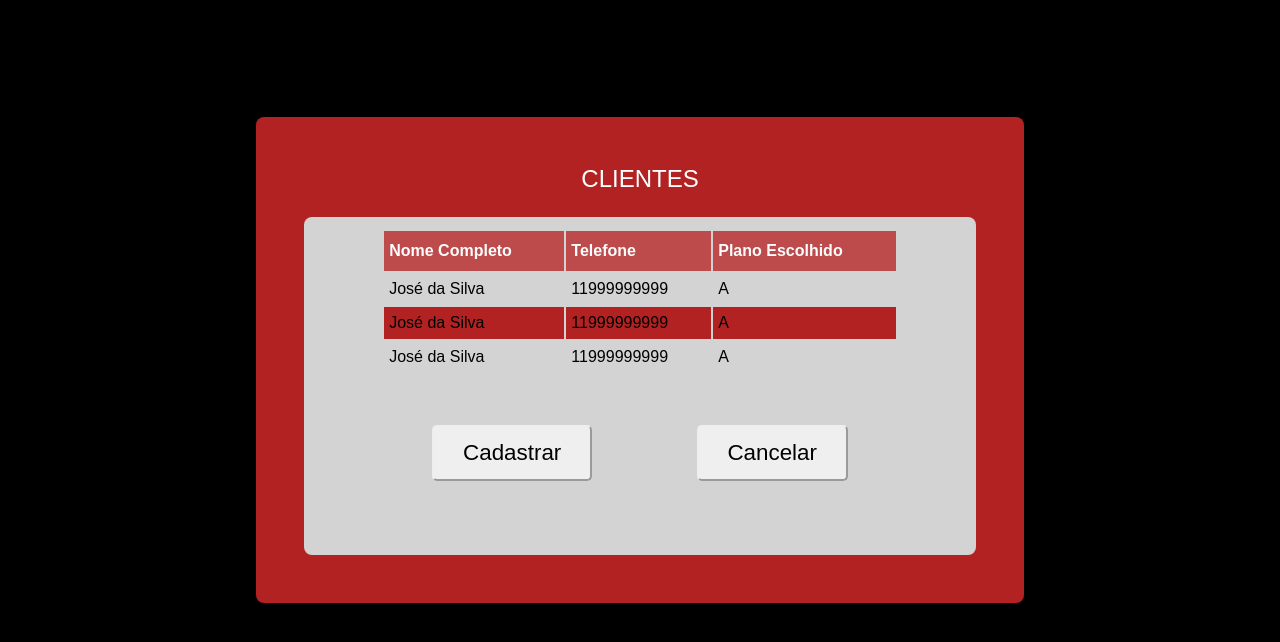
Repository: samantaProspero/projeto_integrador
Page: Versão Atual/PI_Vanila/clientes.html
The author's editor kept a copy of each file at every save. The page is drawn from the files as they stood at one save, then again after the next save.
The browser window is 1280 px wide. The pictures show the whole page.
The pointer rests on the first visible `.area-clientes tr`.

Above is the page before, as saved 2021-11-06 14:47:48.

### Versão Atual/PI_Vanila/clientes.html
<!DOCTYPE html>
<html lang="pt-BR">
<head>
  <meta charset="UTF-8">
  <meta http-equiv="X-UA-Compatible" content="IE=edge">
  <meta name="viewport" content="width=device-width, initial-scale=1.0">
  <link rel="stylesheet" type="text/css" href="_css/global.css">
  <link rel="stylesheet" type="text/css" href="_css/clientes.css">
  <title>D Lions</title>
</head>
<body id="clientes-container">
  <section class="clientes-content">
    <p>CLIENTES</p>
    <nav class="clientes-painel">
      <div class="clientes-lista">

        <div class="area-clientes">
          <table>
            <thead>
              <th>Nome Completo</th>
              <th>Telefone</th>
              <th>Plano Escolhido</th>
            </thead>
            <tbody>
              <tr>
                <td>José da Silva</td>
                <td>11999999999</td>
                <td>A</td>
              </tr>
              <tr>
                <td>José da Silva</td>
                <td>11999999999</td>
                <td>A</td>
              </tr>
              <tr>
                <td>José da Silva</td>
                <td>11999999999</td>
                <td>A</td>
              </tr>
            </tbody>
          </table>
          <div id="buttons-div">
            <button>Cadastrar</button>
            <button>Cancelar</button>
          </div>
        </div>
      </div>
    </nav>
  </section>
</body>
</html>

### Versão Atual/PI_Vanila/_css/global.css
  :root{
    --red: #E52E4D;
    --green: #33CC95;
    --blue: #5429CC;
    --blue-light: #6933FF;
    --text-title: #363F5F;
    --text-body: #969CB2;
    --background: #f0f2f5;
    --shape: #FFFFFF;
    --primary_dark: #363F5F;
  --secondary_dark: #000000;
    --primary: #FF0000;
    --bg_home: #B22222;
    --bg_cadastro:#A52A2A;
    --icon: #6495ED;
    --bg_frame: #D3D3D3;
  }
  /* font verdana 8 bold */

  *{
    margin: 0;
    padding: 0;
    box-sizing: border-box;
  }

  /* // font-size: 16px (Desktop) */
  html{
    @media (max-width: 1080px){
      font-size: 93.75%; //15px
    }
    @media (max-width: 720px){
      font-size: 87.5%;  //14px
    }
  }
  /* //REM = 1rem = 16px */
  body{
    background: var(--secondary_dark);
    -webkit-font-smoothing: antialiased;
  }

  body, input, textarea, button {
    font-family: 'Poppins', sans-serif;
    font-weight: 400;
  }

  h1, h2, h3, h4, h5, h6, strong {
    font-weight: 600;
  }

  button {
    cursor: pointer;
  }



  /* [disabled] {
    opacity: 0.6;
    cursor: not-allowed;
  }

  .react-modal-overlay{
    background: rgba(0,0,0,0.5);
    position: fixed;

    top: 0;
    bottom: 0;
    right: 0;
    left: 0;

    display: flex;
    align-items: center;
    justify-content: center;
  }

  .react-modal-content{
    width: 100%;
    max-width: 576px;
    background: var(--background);
    padding: 3rem;
    position: relative;
    border-radius: 0.25rem;
  }

  .react-modal-close{
    position: absolute;
    right: 1.5rem;
    top: 1.5rem;
    border: 0;
    background: transparent;
    transition: 0.2s; */

    /* &:hover{
      filter: brightness(0.9)
    }
  } */

### Versão Atual/PI_Vanila/_css/clientes.css
#clientes-container {
  width: 100vw;
  height: 100vh;
  display: flex;
  flex-direction: column;
  align-items: center;
  justify-content: center;
}
.clientes-content {
  width: 60vw;
  max-width: 1000px;
  display: flex;
  flex-direction: column;
  justify-content: center;
  align-items: center;
  padding: 3rem;
  border-radius: 8px;
  background-color: var(--bg_home);
}
.clientes-content p {
  color: var(--shape);
  font-size: 1.5rem;
  text-align: center;
  padding-bottom: 1.5rem;
}
.clientes-painel {
  width: 100%;
}
.clientes-lista {
  width: 100%;
  background-color: var(--bg_frame);
  display: flex;
  justify-content: space-around;
  align-items: center;
  padding: 1.5rem;
  border-radius: 8px;

  padding-top: 0.7rem;
}

.area-clientes table {
  width: 100%;
  /* display: flex;
  align-items: center;
  justify-content: space-between;
  padding: 5px; */
}
.area-clientes table th, td{
  text-align: left;
  padding: 5px;
}
.area-clientes table th{
  background-color: var(--bg_home);
  opacity: 0.8;
  height: 2.5rem;
  color: var(--shape);
}
.area-clientes table td{
  height: 2rem;
}

.area-clientes tr:nth-child(even) {
  background-color: var(--bg_home);
}
.area-clientes tr:hover {
  background-color: var(--background)
}
/* .area-clientes label {
  color: var(--text-title);
  font-size: 1.2rem;
} */
/* .area-clientes  input {
  height: 1.5rem;
  padding: 0.8rem;
  margin-left: 1rem;
  border-radius: 5px;
  font-size: 1rem;
  color: var(--text-title);
  border-color: var(--text);
} */

.area-clientes  button{
  /* width: 8rem; */
  height: 3.5rem;
  font-size: 1.4rem;
  padding: 0.8rem 1.8rem;
  border-radius: 5px;
  margin: 50px;
  border-color: var(--text);
}

After the next save:
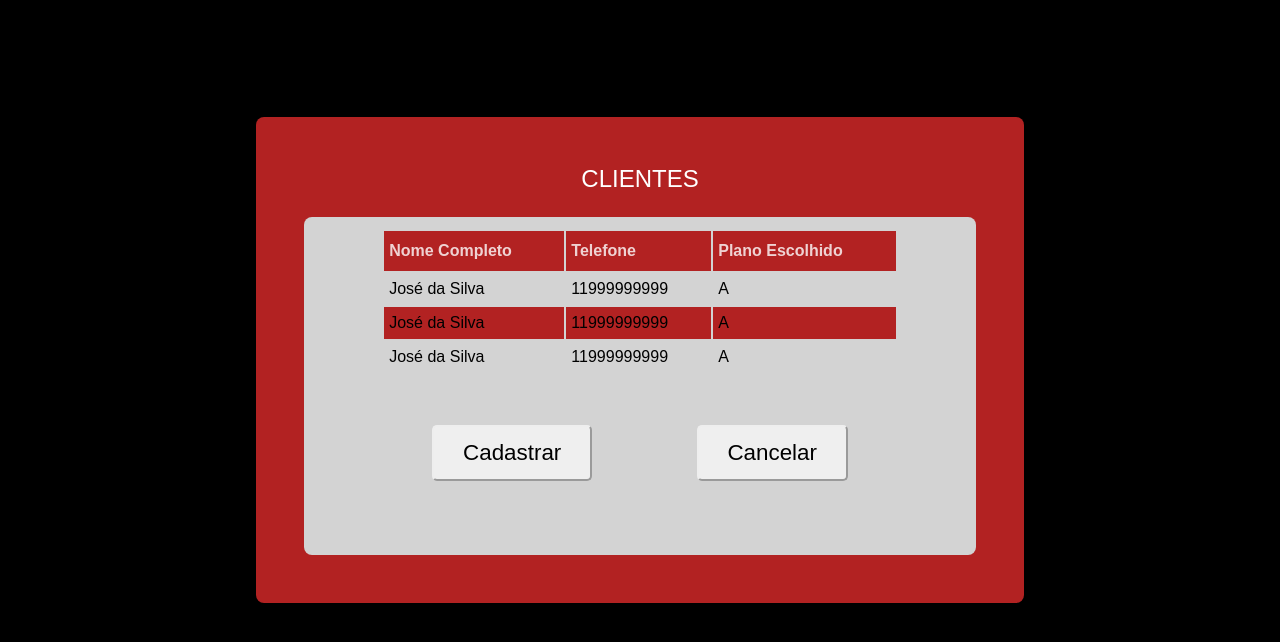
Saved 14 s later.
--- a/Versão Atual/PI_Vanila/_css/clientes.css
+++ b/Versão Atual/PI_Vanila/_css/clientes.css
@@ -63,7 +63,7 @@
   background-color: var(--bg_home);
 }
 .area-clientes tr:hover {
-  background-color: var(--background)
+  background-color: var(--bg_home);
 }
 /* .area-clientes label {
   color: var(--text-title);

After the save that followed:
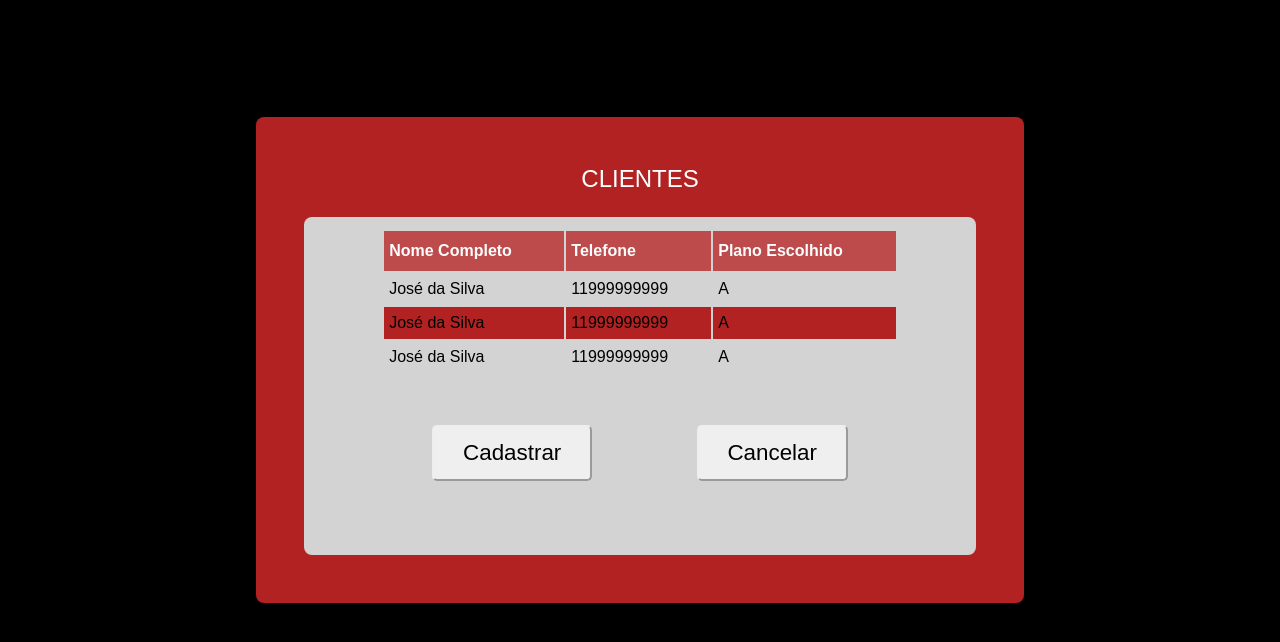
Saved 11 s later.
--- a/Versão Atual/PI_Vanila/_css/clientes.css
+++ b/Versão Atual/PI_Vanila/_css/clientes.css
@@ -63,7 +63,7 @@
   background-color: var(--bg_home);
 }
 .area-clientes tr:hover {
-  background-color: var(--bg_home);
+  background-color: var(--background)
 }
 /* .area-clientes label {
   color: var(--text-title);
